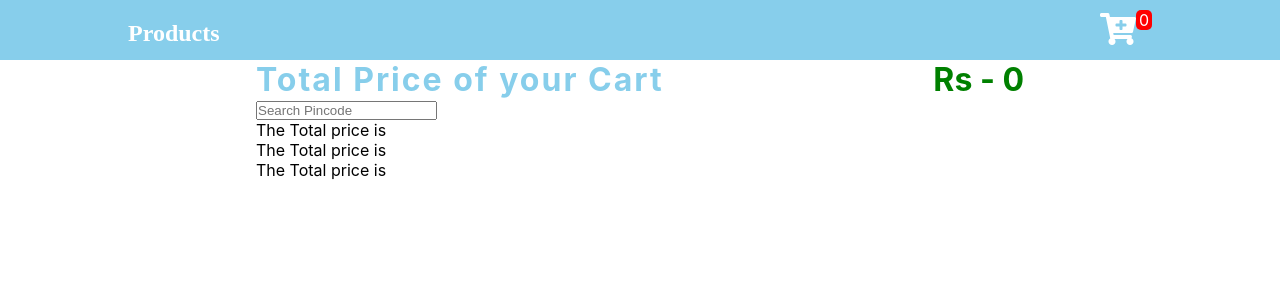
Repository: Imprasna/react-ecommerce
Page: /, after clicking the first element matching `div.cart`
The author's editor kept a copy of each file at every save. The page is drawn from the files as they stood at one save, then again after a run of saves.
The browser window is 1280 px wide. The pictures show the whole page.
Some web libraries are served in a nearby version. The project was rebuilt for these pictures with package versions that can differ from the ones it lists, and the page was loaded fresh each time.

Above is the page before, as saved 2022-06-14 21:20:24.

After the next 2 saves:
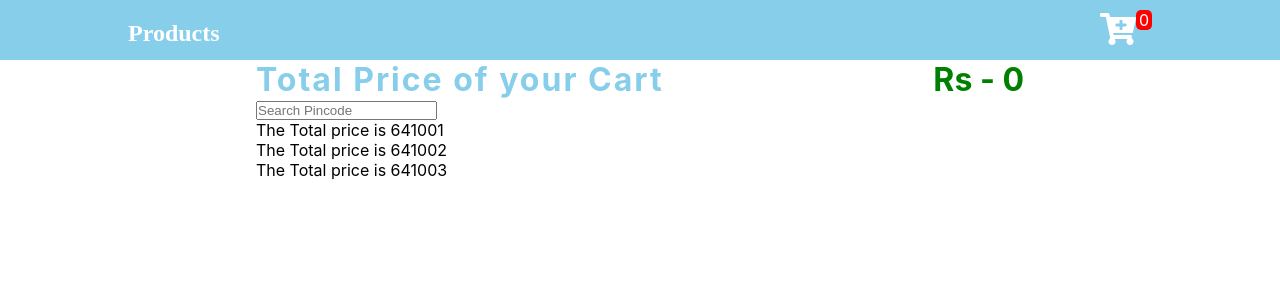
The 2 saves are shown as one change because they came seconds apart.
The last was saved 6 s later.
--- a/src/components/Cart.js
+++ b/src/components/Cart.js
@@ -65,8 +65,8 @@ const Cart = ({ cart, setCart, handleChange }) => {
           .map((pin) =>
           (
 
-          // {pin.code}
-            <p onClick={() => handlePrice(setPrice(pin.charge))}> The Total price is   </p>
+          //
+            <p onClick={() => handlePrice(setPrice(pin.charge))}> The Total price is  {pin.code} </p>
 
       ))}
           </div>
